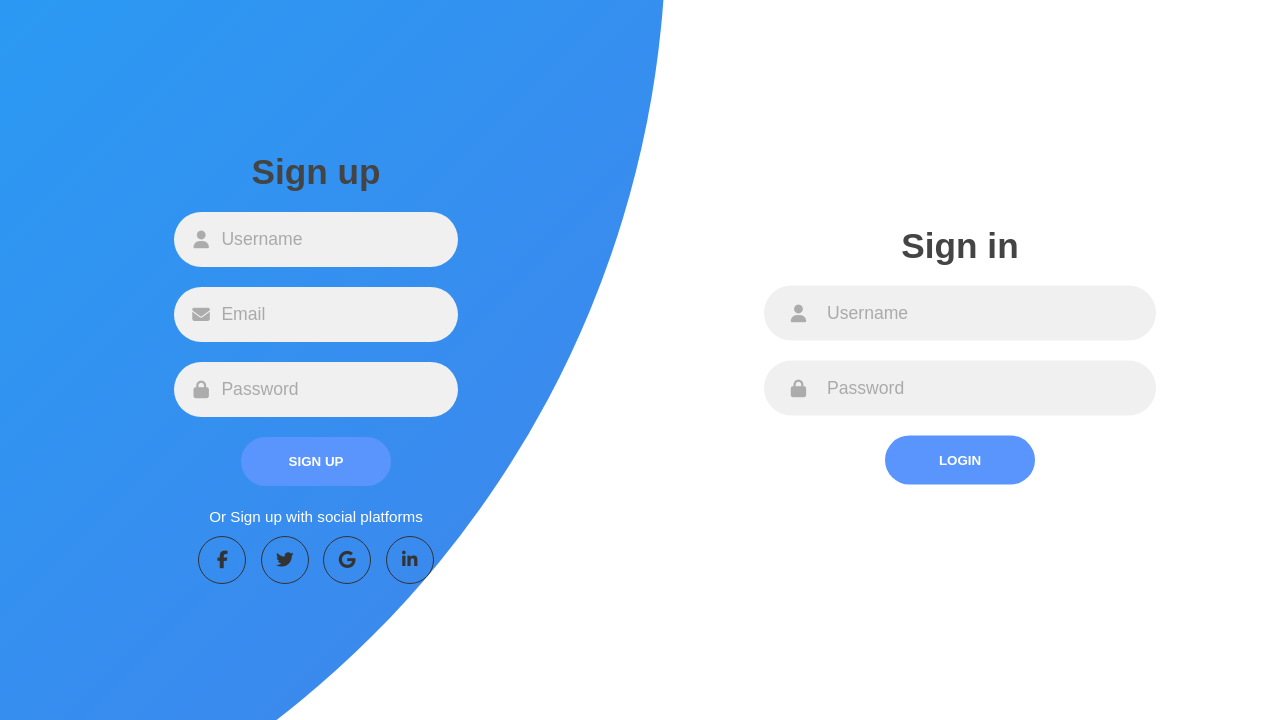
Repository: sarfaraz1611/NitteMovie.github.io
Page: login.html
An editor plug-in stored every save of this project. The page is shown before and after the next save, followed by the edit.
The browser window is 1280 px wide. The pictures show the whole page.
Some web libraries are served in a nearby version.

Above is the page before, as saved 2022-07-15 23:32:07.

### login.html
<!DOCTYPE html>
<html lang="en">
  <head>
    <meta charset="UTF-8" />
    <meta name="viewport" content="width=device-width, initial-scale=1.0" />
    <script
      src="https://kit.fontawesome.com/64d58efce2.js"
      crossorigin="anonymous"
    ></script>
    <link rel="stylesheet" href="./assets/css/main.css" />
    <title>nittemovies</title>
  </head>
  <body>
    <div class="container">
      <div class="forms-container">
        <div class="signin-signup">
          <form action="#" class="sign-in-form">
            <h2 class="title">Sign in</h2>
            <div class="input-field">
              <i class="fas fa-user"></i>
              <input type="text" placeholder="Username" />
            </div>
            <div class="input-field">
              <i class="fas fa-lock"></i>
              <input type="password" placeholder="Password" />
            </div>
            <input type="submit" value="Login" class="btn solid" />

            <!-- <p class="social-text">Or Sign in with social platforms</p>
            <div class="social-media">
              <a href="#" class="social-icon">
                <i class="fab fa-facebook-f"></i>
              </a>
              <a href="#" class="social-icon">
                <i class="fab fa-twitter"></i>
              </a>
              <a href="#" class="social-icon">
                <i class="fab fa-google"></i>
              </a>
              <a href="#" class="social-icon">
                <i class="fab fa-linkedin-in"></i>
              </a>
            </div> -->
          </form>

        </div>
      </div>

      <div class="panels-container">
        <div class="panel left-panel">
          <div class="content">
            <form action="#" class="">
                <h2 class="title">Sign up</h2>
                <div class="input-field">
                  <i class="fas fa-user"></i>
                  <input type="text" placeholder="Username" />
                </div>
                <div class="input-field">
                  <i class="fas fa-envelope"></i>
                  <input type="email" placeholder="Email" />
                </div>
                <div class="input-field">
                  <i class="fas fa-lock"></i>
                  <input type="password" placeholder="Password" />
                </div>
                <input type="submit" class="btn" value="Sign up" />
                <p class="social-text">Or Sign up with social platforms</p>
                <div class="social-media">
                  <a href="#" class="social-icon">
                    <i class="fab fa-facebook-f"></i>
                  </a>
                  <a href="#" class="social-icon">
                    <i class="fab fa-twitter"></i>
                  </a>
                  <a href="#" class="social-icon">
                    <i class="fab fa-google"></i>
                  </a>
                  <a href="#" class="social-icon">
                    <i class="fab fa-linkedin-in"></i>
                  </a>
                </div>
              </form>



          </div>
                </div>


      </div>
    </div>


  </body>
</html>

### assets/css/main.css
:root {
  --live-indicator-shadow: hsla(0, 79%, 63%, 0.5);
  --rich-black-fogra-30:   hsl(219, 32%, 10%);
  --rich-black-fogra-29:   hsl(222, 25%, 10%);
  --oxford-blue-50:        hsla(218, 39%, 14%, 0.8);
  --oxford-blue:           hsl(218, 39%, 14%);
  --light-azure:           hsl(214, 84%, 56%);
  --off-white:             hsl(0, 0%, 88%);
  --white:                 hsl(0, 0%, 100%);
  --azure:                 hsl(211, 100%, 50%);



  --ff-inter: "Inter", sans-serif;

  --section-heading: 40px;



  --px: 50px;

}
@media only screen and (max-width: 1026px) {
  .banner {
      display: none;
  }
}



* {
  margin: 0;
  padding: 0;
  transition: all 0.5s ease;
}

h1, h2, h3, h4, h5, h6 { color: var(--white); }

html { font-family: var(--ff-inter); }

body {
  background: var(--rich-black-fogra-29);
  color: var(--off-white);
}
img {
  display: block;
  width: 100%;
  height: 100%;
  object-fit: cover;
}
a {
  text-decoration: none;
  display: block;
  color: var(--off-white);
}

header, nav { background: var(--rich-black-fogra-29); }

.navbar,
.banner,
.movies,
.category {
  padding: 0 var(--px);
}




.container {
  max-width: 1440px;
  margin: auto;
}






.navbar {
  height: 100px;
  display:         flex;
  justify-content: space-between;
  align-items:     center;
}

.navbar-brand{width:251px;}




nav { margin-right: 250px; }

.navbar-nav { display: flex; }

.navbar-nav li{ margin-right: 60px; }

.navbar-link {
  font-size: var(--fs-sm);
  font-weight: var(--fw-5);
}

.navbar-link:hover { color: var(--light-azure); }




/* .navbar-signin {
  display:     flex;
  align-items: center;
  font-size: var(--fs-sm);
}



.navbar-signin:hover span { color: var(--light-azure); } */


.banner { margin-bottom: 60px; }

.banner-card {
  position: relative;
  height: 400px;
  overflow: hidden;
  border-radius: 20px;
  cursor: pointer;
}


.banner-img { object-position: top; }

.banner-card:hover .banner-img { transform: scale(1.1); }

.banner-card .card-content {
  position: absolute;
  right:  80px;
  bottom: 60px;
  left:   80px;
}

.banner-card .card-info {
  display:     flex;
  align-items: center;
  margin-bottom: 20px;
}

.banner-card .card-info div {
  display:     flex;
  align-items: center;
  margin-right: 20px;
}






.banner-card .card-title {
  font-size: 3em;
  color: var(--white);
  text-shadow: 2px 0 2px #0007;
}





.movies { margin-bottom: 60px; }








.movies-grid {
  display: grid;
  grid-template-columns: repeat(auto-fill, minmax(140px, 1fr));
  gap: 30px;
  margin-bottom: 60px;
}






.movie-card .card-head {
  position: relative;
  height: 250px;
  border-radius: 15px;
  margin-bottom: 15px;
  overflow: hidden;
}




.movie-card:hover .card-img { transform: scale(1.1); }





.movie-card .card-title {
  font-size: var(--fs-md);
  font-weight: var(--fw-5);
  margin-bottom: 5px;
}



.movie-card:hover .card-title { color: var(--light-azure); }




.movie-card .genre { margin-right: 8px; }
.play-card{
  padding-left:50px;
  padding-right:50px;
}








.category { margin-bottom: 60px; }

.category-grid {
  margin-top:25px;
  display: grid;
  grid-template-columns: repeat(4, 1fr);
  gap: 30px;
}

.category-card {
  position: relative;
  height: 150px;
  border-radius: 20px;
  overflow: hidden;
  cursor: pointer;
}



.category-card:hover .card-img { transform: scale(1.1); }

.category-card .name,
.category-card .total {
  position: absolute;
  bottom: 20px;
  color: var(--white);
  z-index: 20;
}

.category-card .name {
  left: 20px;
  font-size: 20px;
}



.category-card:hover .name { color: var(--light-azure); }



// login styles



@import url("https://fonts.googleapis.com/css2?family=Poppins:wght@200;300;400;500;600;700;800&display=swap");

* {
  margin: 0;
  padding: 0;
  box-sizing: border-box;
}

body,
input {
  font-family: "Poppins", sans-serif;
}

.container {
  position: relative;
  width: 100%;
  background-color: #fff;
  min-height: 100vh;
  overflow: hidden;
}

.forms-container {
  position: absolute;
  width: 100%;
  height: 100%;
  top: 0;
  left: 0;
}

.signin-signup {
  position: absolute;
  top: 50%;
  transform: translate(-50%, -50%);
  left: 75%;
  width: 50%;
  transition: 1s 0.7s ease-in-out;
  display: grid;
  grid-template-columns: 1fr;
  z-index: 5;
}

form {
  display: flex;
  align-items: center;
  justify-content: center;
  flex-direction: column;
  padding: 0rem 5rem;
  transition: all 0.2s 0.7s;
  overflow: hidden;
  grid-column: 1 / 2;
  grid-row: 1 / 2;
}

form.sign-up-form {
  opacity: 0;
  z-index: 1;
}

form.sign-in-form {
  z-index: 2;
}

.title {
  font-size: 2.2rem;
  color: #444;
  margin-bottom: 10px;
}

.input-field {
  max-width: 380px;
  width: 100%;
  background-color: #f0f0f0;
  margin: 10px 0;
  height: 55px;
  border-radius: 55px;
  display: grid;
  grid-template-columns: 15% 85%;
  padding: 0 0.4rem;
  position: relative;
}

.input-field i {
  text-align: center;
  line-height: 55px;
  color: #acacac;
  transition: 0.5s;
  font-size: 1.1rem;
}

.input-field input {
  background: none;
  outline: none;
  border: none;
  line-height: 1;
  font-weight: 600;
  font-size: 1.1rem;
  color: #333;
}

.input-field input::placeholder {
  color: #aaa;
  font-weight: 500;
}

.social-text {
  padding: 0.7rem 0;
  font-size: 1rem;
}

.social-media {
  display: flex;
  justify-content: center;
}

.social-icon {
  height: 46px;
  width: 46px;
  display: flex;
  justify-content: center;
  align-items: center;
  margin: 0 0.45rem;
  color: #333;
  border-radius: 50%;
  border: 1px solid #333;
  text-decoration: none;
  font-size: 1.1rem;
  transition: 0.3s;
}

.social-icon:hover {
  color: #4481eb;
  border-color: #4481eb;
}

.btn {
  width: 150px;
  background-color: #5995fd;
  border: none;
  outline: none;
  height: 49px;
  border-radius: 49px;
  color: #fff;
  text-transform: uppercase;
  font-weight: 600;
  margin: 10px 0;
  cursor: pointer;
  transition: 0.5s;
}

.btn:hover {
  background-color: #4d84e2;
}
.panels-container {
  position: absolute;
  height: 100%;
  width: 100%;
  top: 0;
  left: 0;
  display: grid;
  grid-template-columns: repeat(2, 1fr);
}

.container:before {
  content: "";
  position: absolute;
  height: 2000px;
  width: 2000px;
  top: -10%;
  right: 48%;
  transform: translateY(-50%);
  background-image: linear-gradient(-45deg, #4481eb 0%, #04befe 100%);
  transition: 1.8s ease-in-out;
  border-radius: 50%;
  z-index: 6;
}

.image {
  width: 100%;
  transition: transform 1.1s ease-in-out;
  transition-delay: 0.4s;
}

.panel {
  display: flex;
  flex-direction: column;
  align-items: flex-end;
  justify-content: space-around;
  text-align: center;
  z-index: 6;
}

.left-panel {
  pointer-events: all;
  padding: 3rem 17% 2rem 12%;
}

.right-panel {
  pointer-events: none;
  padding: 3rem 12% 2rem 17%;
}

.panel .content {
  color: #fff;
  transition: transform 0.9s ease-in-out;
  transition-delay: 0.6s;
}

.panel h3 {
  font-weight: 600;
  line-height: 1;
  font-size: 1.5rem;
}

.panel p {
  font-size: 0.95rem;
  padding: 0.7rem 0;
}

.btn.transparent {
  margin: 0;
  background: none;
  border: 2px solid #fff;
  width: 130px;
  height: 41px;
  font-weight: 600;
  font-size: 0.8rem;
}

.right-panel .image,
.right-panel .content {
  transform: translateX(800px);
}

/* ANIMATION */

.container.sign-up-mode:before {
  transform: translate(100%, -50%);
  right: 52%;
}

.container.sign-up-mode .left-panel .image,
.container.sign-up-mode .left-panel .content {
  transform: translateX(-800px);
}

.container.sign-up-mode .signin-signup {
  left: 25%;
}

.container.sign-up-mode form.sign-up-form {
  opacity: 1;
  z-index: 2;
}

.container.sign-up-mode form.sign-in-form {
  opacity: 0;
  z-index: 1;
}

.container.sign-up-mode .right-panel .image,
.container.sign-up-mode .right-panel .content {
  transform: translateX(0%);
}

.container.sign-up-mode .left-panel {
  pointer-events: none;
}

.container.sign-up-mode .right-panel {
  pointer-events: all;
}

@media (max-width: 870px) {
  .container {
    min-height: 800px;
    height: 100vh;
  }
  .signin-signup {
    width: 100%;
    top: 95%;
    transform: translate(-50%, -100%);
    transition: 1s 0.8s ease-in-out;
  }

  .signin-signup,
  .container.sign-up-mode .signin-signup {
    left: 50%;
  }

  .panels-container {
    grid-template-columns: 1fr;
    grid-template-rows: 1fr 2fr 1fr;
  }

  .panel {
    flex-direction: row;
    justify-content: space-around;
    align-items: center;
    padding: 2.5rem 8%;
    grid-column: 1 / 2;
  }

  .right-panel {
    grid-row: 3 / 4;
  }

  .left-panel {
    grid-row: 1 / 2;
  }

  .image {
    width: 200px;
    transition: transform 0.9s ease-in-out;
    transition-delay: 0.6s;
  }

  .panel .content {
    padding-right: 15%;
    transition: transform 0.9s ease-in-out;
    transition-delay: 0.8s;
  }

  .panel h3 {
    font-size: 1.2rem;
  }

  .panel p {
    font-size: 0.7rem;
    padding: 0.5rem 0;
  }

  .btn.transparent {
    width: 110px;
    height: 35px;
    font-size: 0.7rem;
  }

  .container:before {
    width: 1500px;
    height: 1500px;
    transform: translateX(-50%);
    left: 30%;
    bottom: 68%;
    right: initial;
    top: initial;
    transition: 2s ease-in-out;
  }

  .container.sign-up-mode:before {
    transform: translate(-50%, 100%);
    bottom: 32%;
    right: initial;
  }

  .container.sign-up-mode .left-panel .image,
  .container.sign-up-mode .left-panel .content {
    transform: translateY(-300px);
  }

  .container.sign-up-mode .right-panel .image,
  .container.sign-up-mode .right-panel .content {
    transform: translateY(0px);
  }

  .right-panel .image,
  .right-panel .content {
    transform: translateY(300px);
  }

  .container.sign-up-mode .signin-signup {
    top: 5%;
    transform: translate(-50%, 0);
  }
}

@media (max-width: 570px) {
  form {
    padding: 0 1.5rem;
  }

  .image {
    display: none;
  }
  .panel .content {
    padding: 0.5rem 1rem;
  }
  .container {
    padding: 1.5rem;
  }

  .container:before {
    bottom: 72%;
    left: 50%;
  }

  .container.sign-up-mode:before {
    bottom: 28%;
    left: 50%;
  }
}

After the next save:
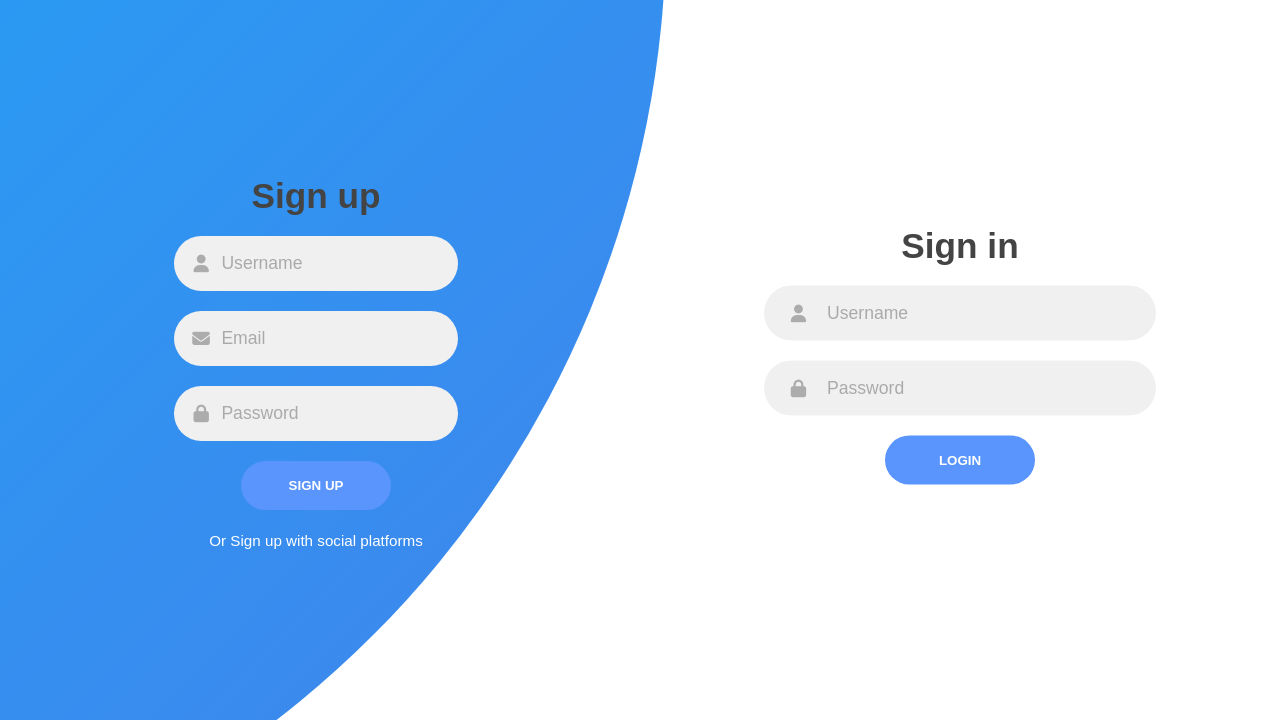
Saved 13 s later.
--- a/login.html
+++ b/login.html
@@ -65,20 +65,7 @@
                 </div>
                 <input type="submit" class="btn" value="Sign up" />
                 <p class="social-text">Or Sign up with social platforms</p>
-                <div class="social-media">
-                  <a href="#" class="social-icon">
-                    <i class="fab fa-facebook-f"></i>
-                  </a>
-                  <a href="#" class="social-icon">
-                    <i class="fab fa-twitter"></i>
-                  </a>
-                  <a href="#" class="social-icon">
-                    <i class="fab fa-google"></i>
-                  </a>
-                  <a href="#" class="social-icon">
-                    <i class="fab fa-linkedin-in"></i>
-                  </a>
-                </div>
+
               </form>
 
 
